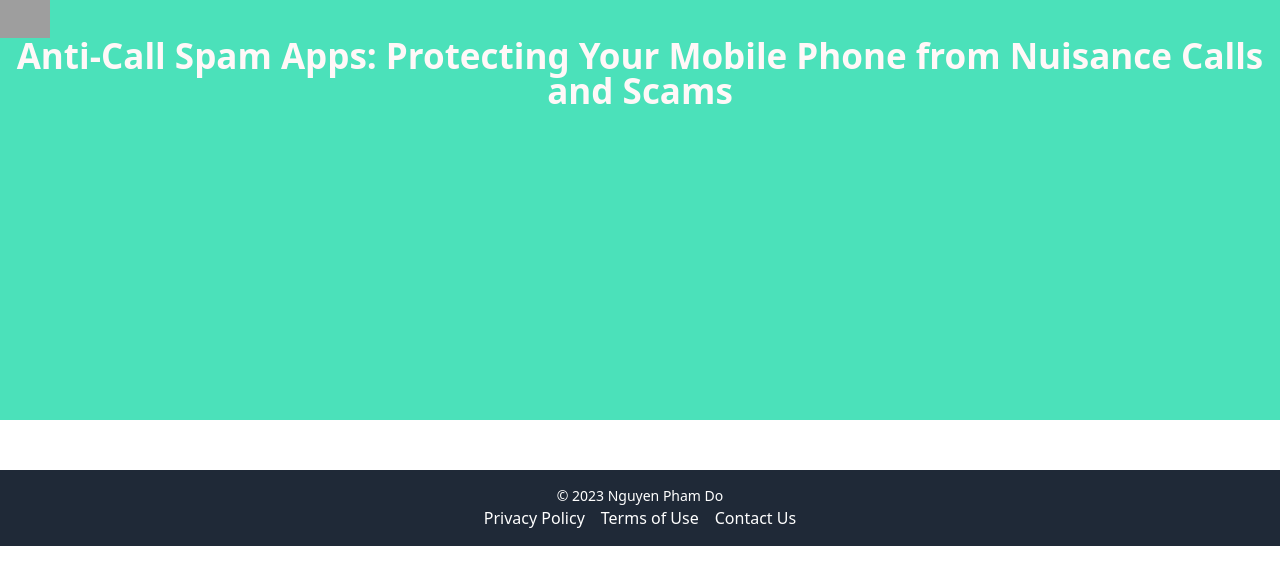
Repository: NPham1402/Web-user-callSpamBlocker
Page: /detail
These files come from the project's save history. The page is drawn as it stood at one moment and after the next save; the edit follows.
The browser window is 1280 px wide. The pictures show the whole page.
Pictures or frames that could not be fetched are drawn as grey boxes. The project was rebuilt for these pictures with package versions that can differ from the ones it lists, and the page was loaded fresh each time. The framework's server and built-in components were replaced by stand-ins that run in the browser. Also part of the build but not shown: next.config.js.

Above is the page before, as saved 2023-02-09 20:27:21.

### pages/detail.js
import Head from "next/head";
import { useRouter } from "next/router";
import React from "react";

function detail() {
  const router = useRouter();
  const {
    query: { id },
  } = router;
  return (
    <>
      {" "}
      <Head>
        <title>Check number spam</title>
        <meta name="description" content="Generated by create next app" />
        <meta name="viewport" content="width=device-width, initial-scale=1" />
        <link rel="icon" href="/favicon.ico" />
      </Head>
      <main className="relative">
        <div className="w-100 h-[420px] bg-[#4BE1BA]">
          <img
            src="https://static.callblocker.org/img/logo.png"
            className=" w-[50px]"
          />
          <p className="text-center leading-none font-Raleway font-semibold text-[35px] text-[#FFF8F8] ">
            Anti-Call Spam Apps: Protecting Your Mobile Phone from Nuisance
            Calls and Scams
          </p>
        </div>
      </main>
      <footer class="bg-gray-800 mt-[50px] text-white py-4">
        <div class="container mx-auto">
          <p class="text-center text-sm">&copy; 2023 Nguyen Pham Do</p>
          <div class="flex justify-center">
            <a href="#" class="text-white mx-2">
              Privacy Policy
            </a>
            <a href="#" class="text-white mx-2">
              Terms of Use
            </a>
            <a href="#" class="text-white mx-2">
              Contact Us
            </a>
          </div>
        </div>
      </footer>
    </>
  );
}

export default detail;

### styles/globals.css
@tailwind base;
@tailwind components;
@tailwind utilities;
@import url('https://fonts.googleapis.com/css2?family=Raleway:ital&display=swap');

Loaded but not shown: pages/_app.js (common file); pages/_document.js (common file); tailwind.config.js (common file)

After the next save:
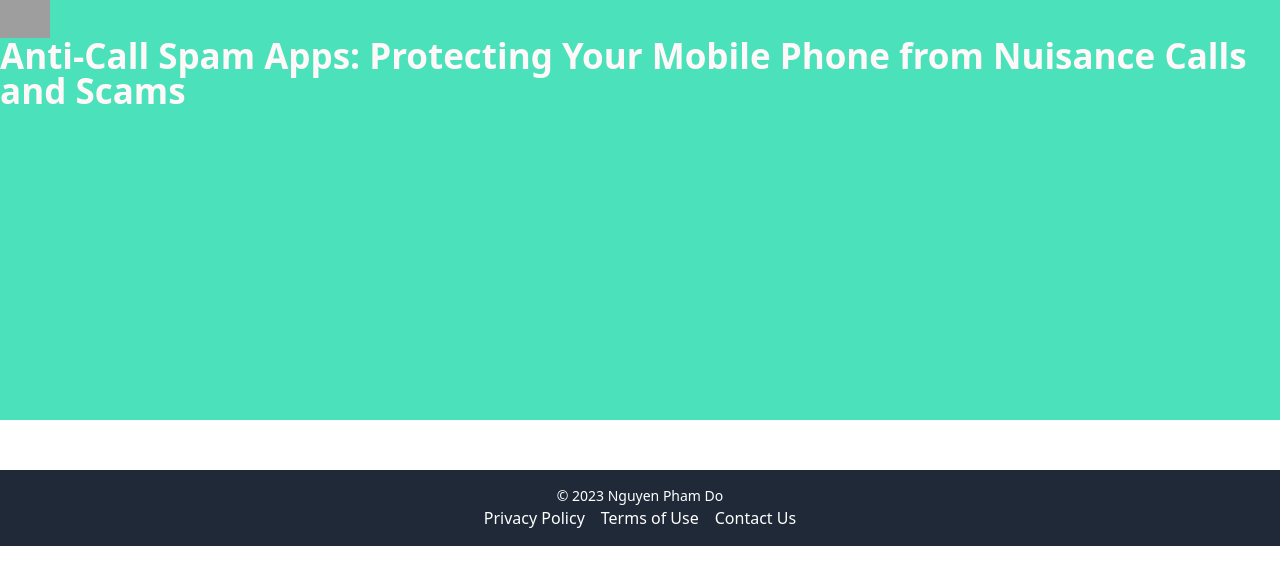
Saved 8 s later.
--- a/pages/detail.js
+++ b/pages/detail.js
@@ -22,7 +22,7 @@ function detail() {
             src="https://static.callblocker.org/img/logo.png"
             className=" w-[50px]"
           />
-          <p className="text-center leading-none font-Raleway font-semibold text-[35px] text-[#FFF8F8] ">
+          <p className=" leading-none font-Raleway font-semibold text-[35px] text-[#FFF8F8] ">
             Anti-Call Spam Apps: Protecting Your Mobile Phone from Nuisance
             Calls and Scams
           </p>
